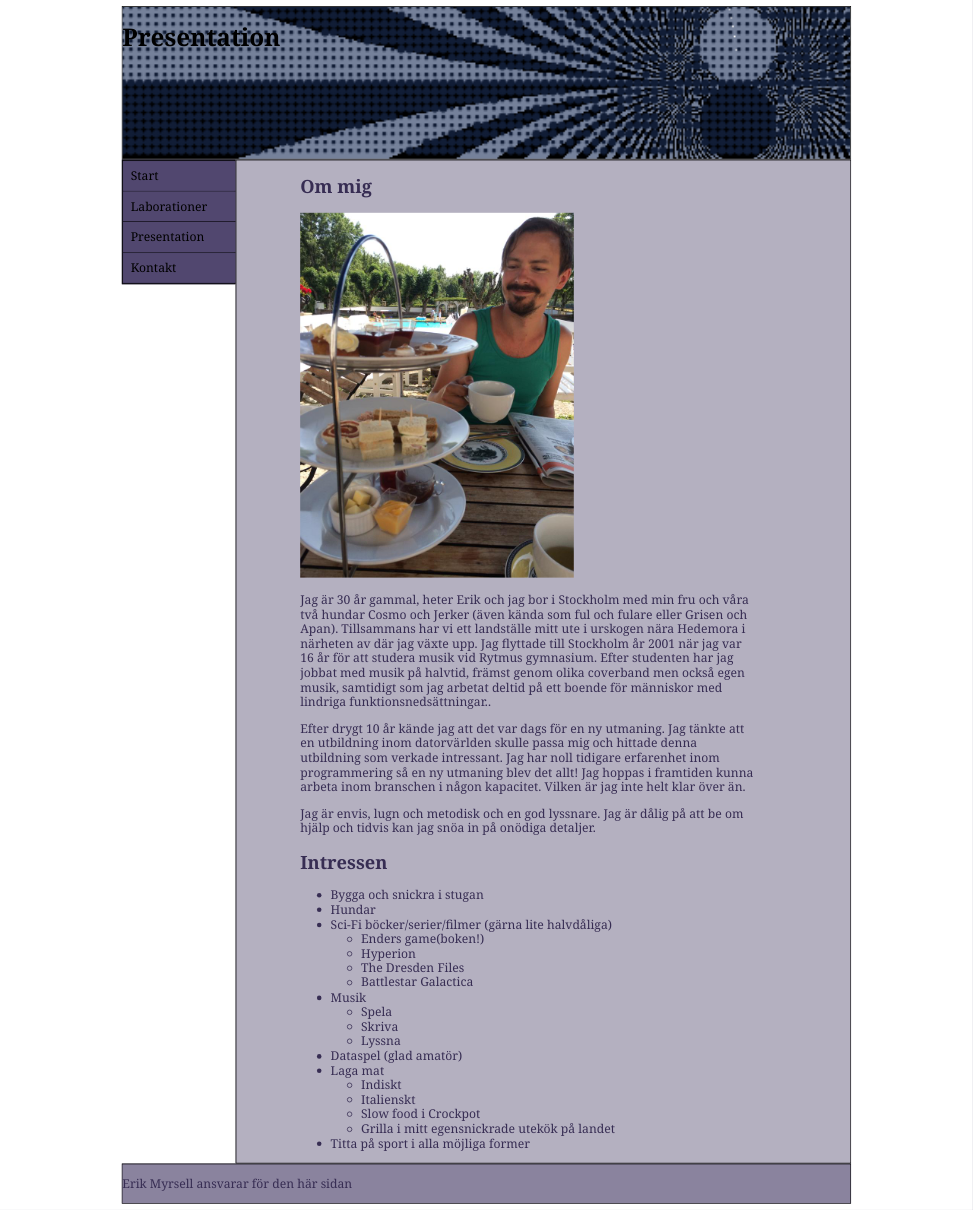
Repository: em222mt/1IK415_em222mt
Page: pages/presentation.html
The author's editor kept a record of every edit. The page is drawn from the files as they stood at one moment, then again after the next edit.
The browser window is 1280 px wide. The pictures show the whole page, at 76% of full size.

Above is the page before.

After the next edit:
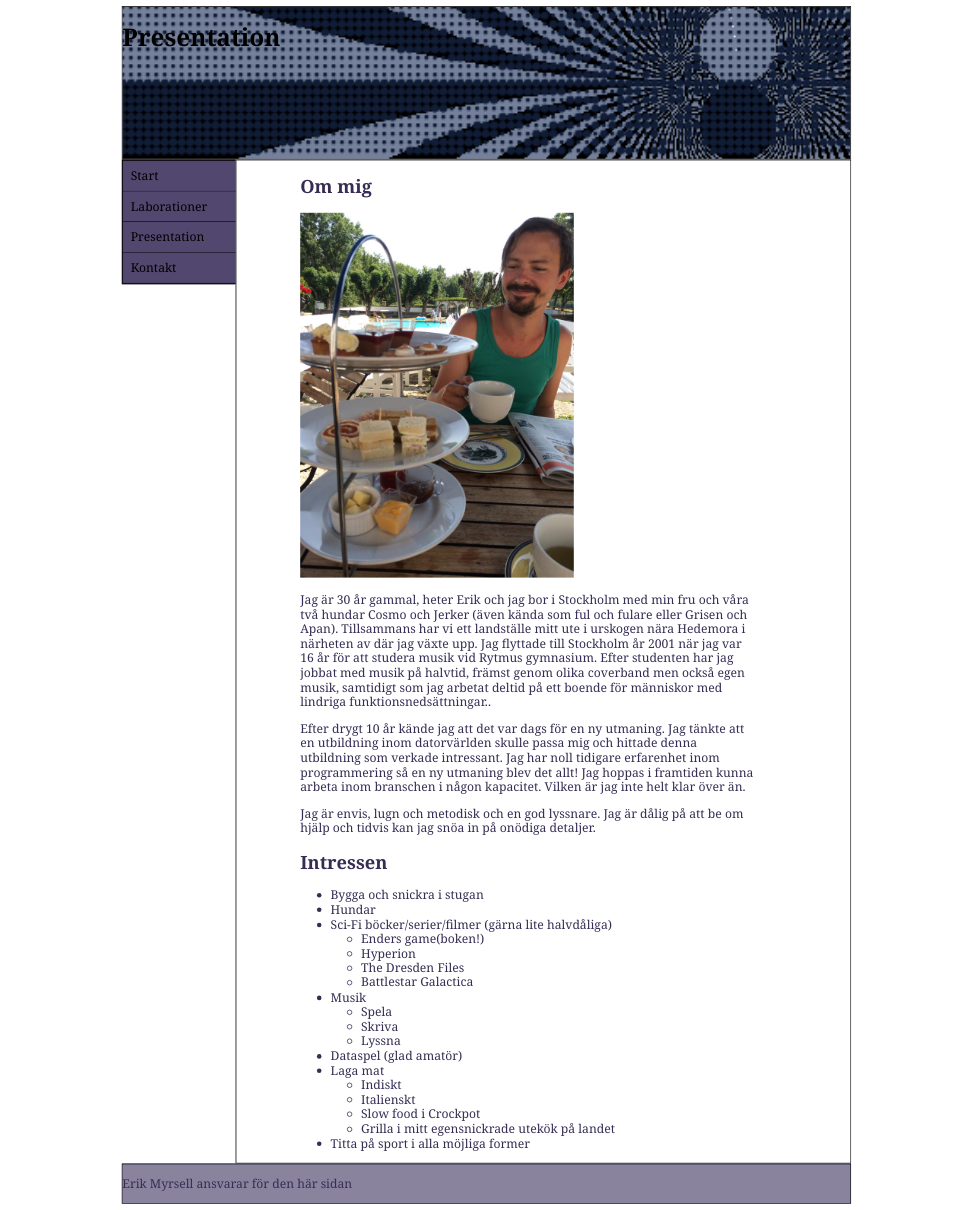
The edit:
--- a/css/basic.css
+++ b/css/basic.css
@@ -76,7 +76,7 @@
     border-width: 1px;
     float: left;
     max-width: 808px;
-    background-color: #B4B0C0;
+    background-color: #FFFFFF;
     padding-right: 84px;
     padding-left: 84px;
 }
